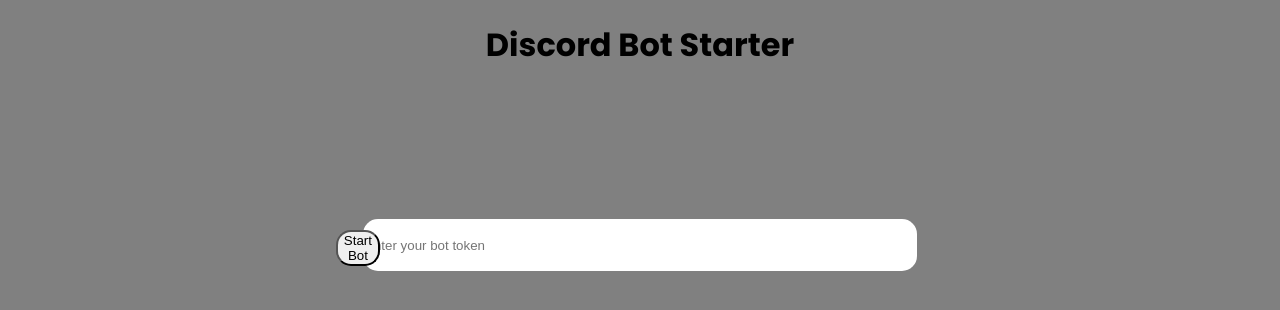
Repository: ranger2202/discord-bot-panel
Page: ranger-bot-runner/app/templates/landing.html
An editor plug-in stored every save of this project. The page is shown before and after the next save, followed by the edit.
The browser window is 1280 px wide. The pictures show the whole page.

Above is the page before, as saved 2023-12-30 12:05:20.

### ranger-bot-runner/app/templates/landing.html
<!DOCTYPE html>
<html lang="en">
<head>
    <meta charset="UTF-8">
    <meta name="viewport" content="width=device-width, initial-scale=1.0">
    <link rel="stylesheet" href="./../static/landing.css">
    <link rel="preconnect" href="https://fonts.googleapis.com">
    <link rel="preconnect" href="https://fonts.gstatic.com" crossorigin>
    <link href="https://fonts.googleapis.com/css2?family=Poppins:wght@400;500;600;700&display=swap" rel="stylesheet">
    <title>Discord Bot Starterqwrqwr</title>
</head>
<body>
    <h1 class="bot-header">Discord Bot Starter</h1>
    <div class="bot-token">
        <input class="bot-token-password" type="password" id="token" placeholder="Enter your bot token">
    </div>
    <div class="start-button">
        <button class="start-button" onclick="startBot()">Start Bot</button>
    </div>


    <script type="text/javascript" src="./../static/js/app.js"></script>
</body>
</html>

### ranger-bot-runner/app/static/landing.css
body {
    background-color: grey;
    padding: 0;
    margin: 0;
    font-family: 'Poppins', sans-serif;
}
.start-button{
    cursor: pointer;
    display: flex;
    justify-content: center;
    position: absolute;
    right: 450px;
    top: 115px;
}
.start-button button{
    border-radius: 15px;

}
.bot-header{
    display: flex;
    justify-content: center;
}
.bot-token{
    display: flex;
    justify-content: center;
    margin-top: 150px;
}
.bot-token-password{
    width: 550px;
    height: 50px;
    border-radius: 15px;
    color: #000;
    border: none;

}

### ranger-bot-runner/app/static/js/app.js
function startBot() {
  var token = document.getElementById('token').value;
  fetch('/start_bot', {
      method: 'POST',
      headers: {
          'Content-Type': 'application/json',
      },
      body: JSON.stringify({ bot_token: token }),  // Adjusted to match server expectation
  })
  .then(response => response.json())
  .then(data => {
      alert(data.message);  // Display the server response message
  })
  .catch(error => {
      alert('There was an error somewhere.');
  });
}

After the next save:
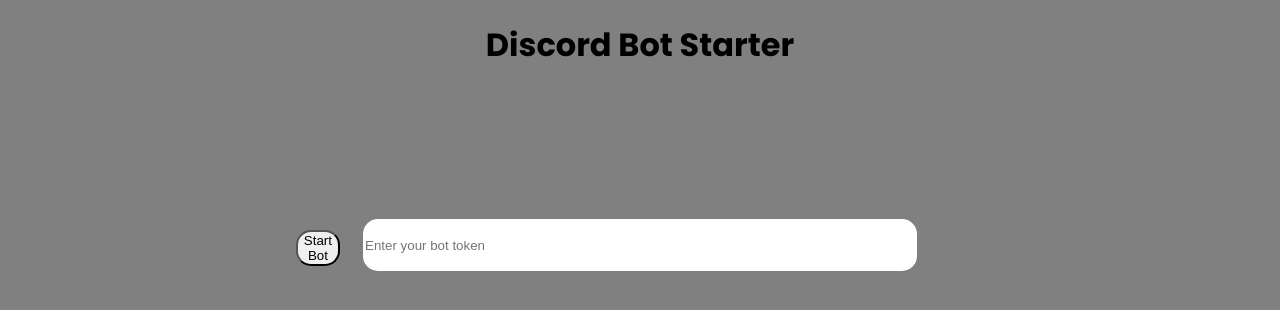
Saved 6 s later.
--- a/ranger-bot-runner/app/static/landing.css
+++ b/ranger-bot-runner/app/static/landing.css
@@ -9,7 +9,7 @@
     display: flex;
     justify-content: center;
     position: absolute;
-    right: 450px;
+    right: 470px;
     top: 115px;
 }
 .start-button button{
